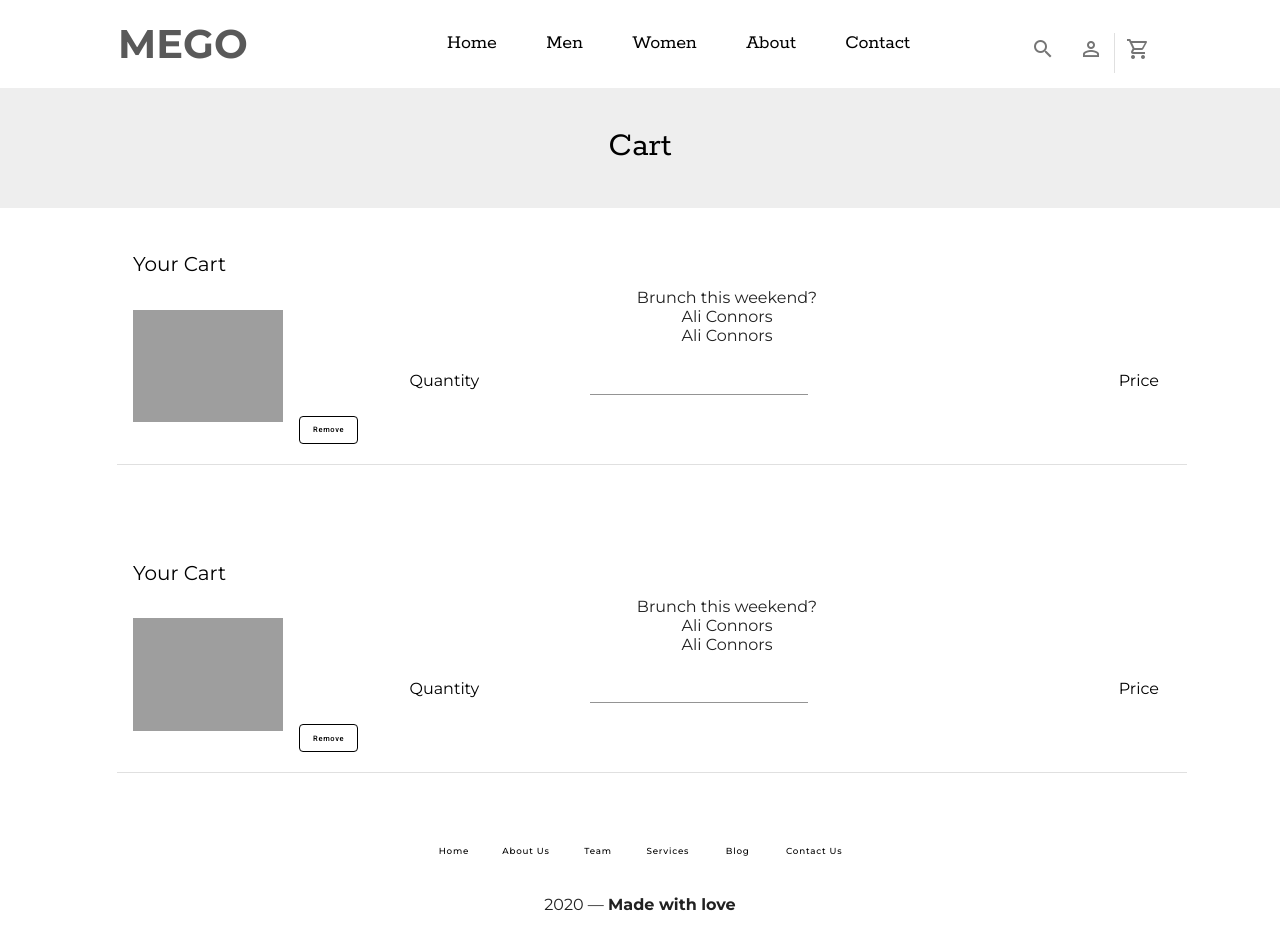
Repository: nguyenphuong152/mego-frontend
Page: /cart (app in frontend/)
An editor plug-in stored every save of this project. The page is shown before and after the next save, followed by the edit.
The browser window is 1280 px wide. The pictures show the whole page.
Pictures or frames that could not be fetched are drawn as grey boxes. The project was rebuilt for these pictures with package versions that can differ from the ones it lists, and the page was loaded fresh each time. Also part of the build but not shown: frontend/vue.config.js, frontend/src/components/Customer/Collection.vue, frontend/src/components/Customer/Banner.vue, frontend/src/components/Customer/BestSeller.vue, frontend/src/components/Customer/Partner.vue, frontend/src/views/Customer/Home.vue, frontend/src/components/Customer/ProductCategory.vue, frontend/src/components/Customer/ProductView.vue and 10 more. Imported but missing from the stored project, and not drawn on this page: frontend/src/views/Admin/Category.vue, frontend/src/views/Admin/ManageProduct.vue, frontend/src/views/Admin/ManageUser.vue, frontend/src/views/Admin/OrderList.vue.

Above is the page before, as saved 2020-11-26 17:02:02.

After the next save:
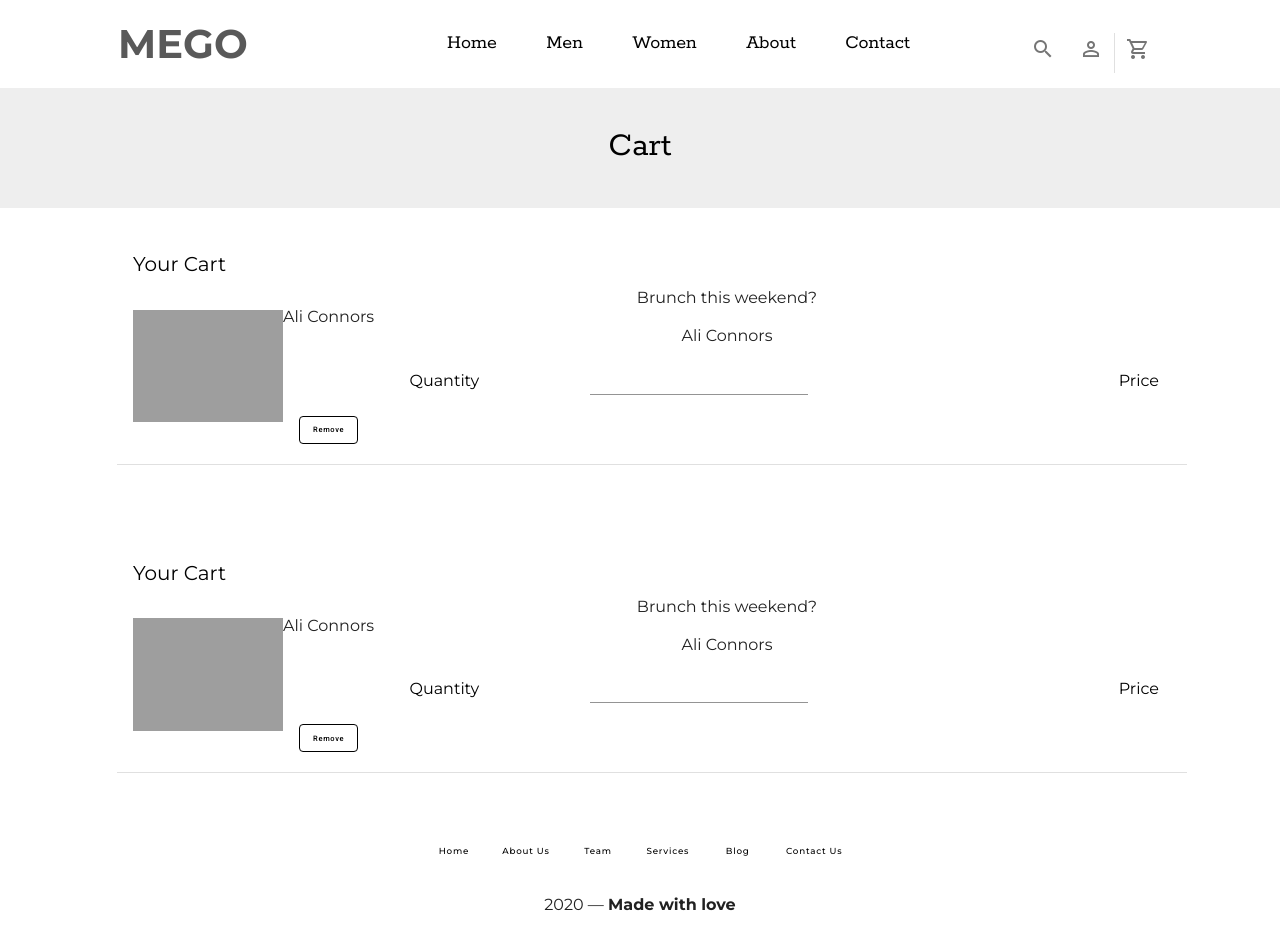
Saved 12 s later.
--- a/frontend/src/components/Customer/TotalProducts.vue
+++ b/frontend/src/components/Customer/TotalProducts.vue
@@ -22,7 +22,7 @@
            </v-row>
            <v-row>
               <v-list-item-subtitle
-              class="admin"
+              class="admin text-start"
               v-html="item.subtitle"
             ></v-list-item-subtitle>
            </v-row>

After the save that followed:
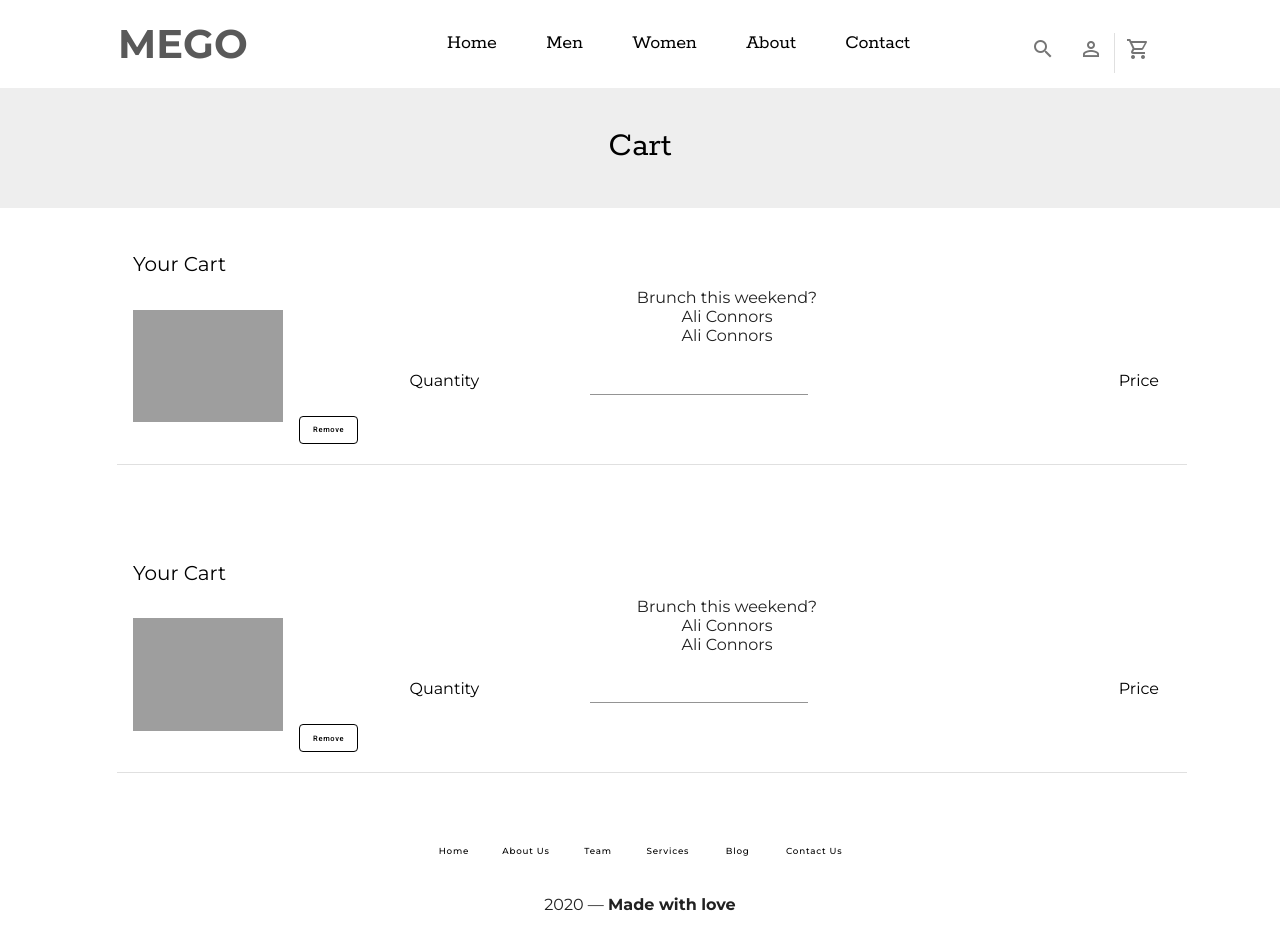
Saved 9 s later.
--- a/frontend/src/components/Customer/TotalProducts.vue
+++ b/frontend/src/components/Customer/TotalProducts.vue
@@ -22,7 +22,7 @@
            </v-row>
            <v-row>
               <v-list-item-subtitle
-              class="admin text-start"
+              class="admin"
               v-html="item.subtitle"
             ></v-list-item-subtitle>
            </v-row>
